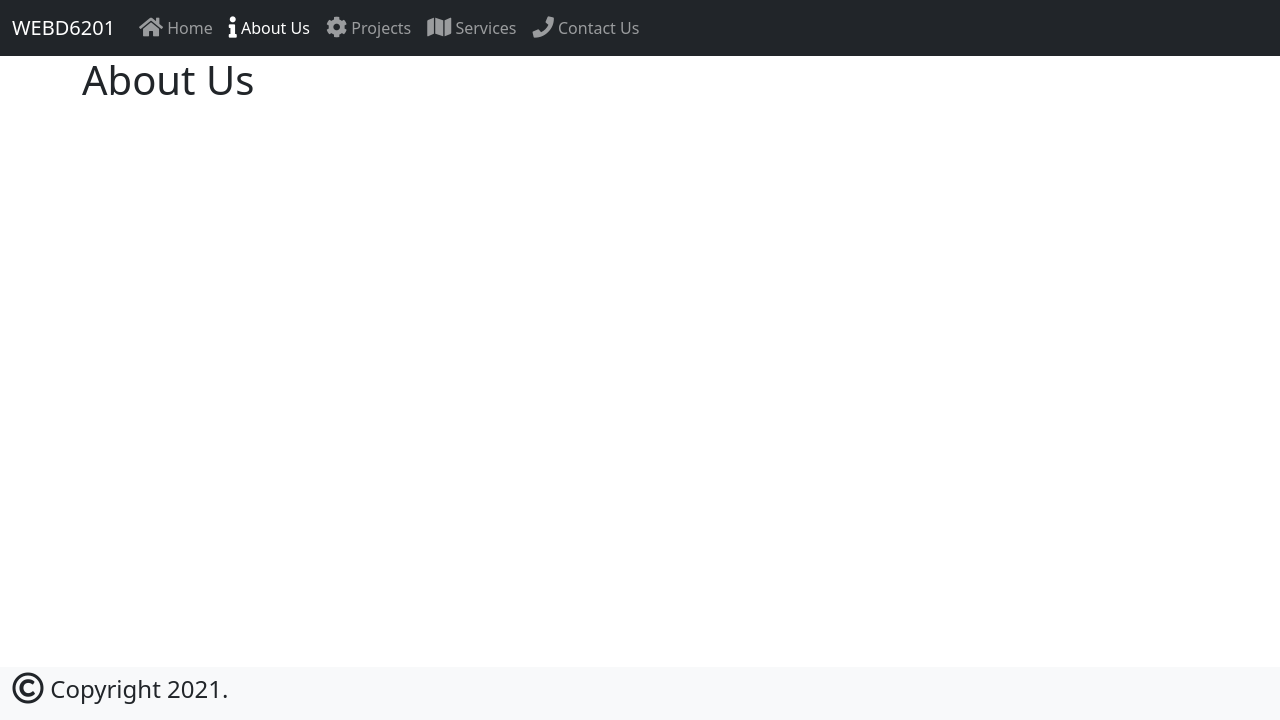
Repository: MuzhdaEhsan/WEBD6201-W2021-ICE4
Page: about.html
These files come from the project's save history. The page is drawn as it stood at one moment and after the next save; the edit follows.
The browser window is 1280 px wide. The pictures show the whole page.

Above is the page before, as saved 2021-02-11 13:17:23.

### about.html
<!DOCTYPE html>
<html lang="en">
<head>
    <meta charset="UTF-8">
    <meta name="viewport" content="width=device-width, initial-scale=1.0">
    <title>About</title>
    <!-- CSS Section -->
    <link rel="stylesheet" href="./node_modules/bootstrap/dist/css/bootstrap.min.css">
    <link rel="stylesheet" href="./node_modules/@fortawesome/fontawesome-free/css/all.min.css">
    <link rel="stylesheet" href="./Content/app.css">
</head>
<body>
    <!-- Main Header -->
    <header>
        <!-- Main Navigation -->
        <nav class="navbar navbar-expand-lg navbar-dark bg-dark">
            <div class="container-fluid">
              <a class="navbar-brand" href="index.html">WEBD6201</a>
              <button class="navbar-toggler" type="button" data-bs-toggle="collapse" data-bs-target="#navbarSupportedContent" aria-controls="navbarSupportedContent" aria-expanded="false" aria-label="Toggle navigation">
                <span class="navbar-toggler-icon"></span>
              </button>
              <div class="collapse navbar-collapse" id="navbarSupportedContent">
                <ul class="navbar-nav me-auto mb-2 mb-lg-0">
                  <li class="nav-item">
                    <a class="nav-link" aria-current="page" href="index.html"><i class="fas fa-home fa-lg"></i> Home</a>
                  </li>

                  <li class="nav-item">
                    <a class="nav-link active" aria-current="page" href="about.html"><i class="fas fa-info fa-lg"></i> About Us</a>
                  </li>

                  <li class="nav-item">
                    <a class="nav-link" aria-current="page" href="projects.html"><i class="fas fa-cog fa-lg"></i> Projects</a>
                  </li>

                  <li class="nav-item">
                    <a class="nav-link" aria-current="page" href="services.html"><i class="fas fa-map fa-lg"></i> Services</a>
                  </li>

                  <li class="nav-item">
                    <a class="nav-link" aria-current="page" href="contact.html"><i class="fas fa-phone fa-lg"></i> Contact Us</a>
                  </li>
                </ul>
              </div>
            </div>
          </nav>
    </header>

    <!-- Main Content -->
    <main class="container">
        <h1>About Us</h1>
    </main>

    <!-- Main Footer -->
    <footer>
        <nav class="navbar fixed-bottom navbar-light bg-light">
            <div class="container-fluid">
              <h4><i class="far fa-copyright fa-lg"></i> Copyright 2021.</h4>
            </div>
          </nav>
    </footer>

    <!-- Script Section-->
    <script src="./node_modules/jquery/dist/jquery.min.js"></script>
    <script src="./node_modules/bootstrap/dist/js/bootstrap.bundle.min.js"></script>

    <script src="./Scripts/namespace.js"></script>
    <script src="./Scripts/app.js"></script>
</body>
</html>

### Content/app.css
/* custom css goes here */

.input-group-addon:first-child
{
    border-right: 0;
}

.input-group-addon
{
    padding: 6px 12px;
    font-size: 14px;
    font-weight: 400;
    line-height: 1;
    text-align: center;
    border: 1px solid darkgrey;
    border-radius: 4xpx;
}

.input-group-addon .fa
{
    font-size: 18px;
}

.input-group .form-control
{
    position:relative;
    z-index: 2;
    float:left;
    margin-bottom: 0;
}

.input-group .form-control:last-child
{
    border-top-left-radius: 0;
    border-bottom-left-radius: 0;
}



.login
{
    padding: 2rem 1rem;
    margin-bottom: 2rem;
    background-color: lightgrey;
    border-radius: .3rem;
}

.login input
{
    background-color: white;
    border-color: darkgrey;
    border-radius: .4em;
    width: 100%;
}

### Scripts/namespace.js

// namespace core
let core;

### Scripts/app.js
/*
@author: Muzhda Ehsan
@date: 27-Jan-2021
*/

/* custom JavaScript goes here */

//IIFE - Immediately Invoked Function Expression
//AKA - Anonymous Self-Executing Function
//Closure - limits scope leak

"use strict";

((core) =>
{
    function displayHome()
    {
        let paragraphOneText =
          "This is a simple site to demonstrate DOM Manipulation for ICE 1";

        let paragraphOneElement = document.getElementById("paragraphOne");

        paragraphOneElement.textContent = paragraphOneText;
        paragraphOneElement.className = "fs-5";

        // Step 1. document.createElement
        let newParagraph = document.createElement("p");
        // Step 2. configure the element
        newParagraph.setAttribute("id", "paragraphTwo");
        newParagraph.textContent = "...And this is paragraph two";
        // Step 3. select the parent element
        let mainContent = document.getElementsByTagName("main")[0];
        // Step 4. Add / Insert the element
        mainContent.appendChild(newParagraph);

        newParagraph.className = "fs-6";

        // another way of injecting content
        let paragraphDiv = document.createElement("div");
        let paragraphThree = `<p id="paragraphThree" class="fs-7 fw-bold">And this is the Third Paragraph</p>`;
        paragraphDiv.innerHTML = paragraphThree;

        // insertions

        // example of inserting before a node
        //newParagraph.before(paragraphDiv);

        // example of inserting after a node
        newParagraph.after(paragraphDiv);

        // deletions

        // example of removing a single element
        //paragraphOneElement.remove();

        // example of removeChild
        mainContent.removeChild(paragraphOneElement);

        // update / modification
        //mainContent.firstElementChild.textContent = "Welcome Home!";

        mainContent.innerHTML = `<h1 id="firstHeading">Welcome to WEBD6201 - Lab 1</h1>
         <p id="paragraphOne" class="fs-3 fw-bold">This is my first Paragraph</p>
        `;

    }

    function displayAbout()
    {

    }

    function displayProjects()
    {

    }

    function displayServices()
    {

    }

    function testFullName()
    {
      let messageArea = $("#messageArea").hide();

      let fullNamePattern = /([A-Z][a-z]{1,25})+(\s|,|-)([A-Z][a-z]{1,25})+(\s|,|-)*/

        // form validation
        $("#fullName").on("blur", function()
        {



          if(!fullNamePattern.test($(this).val()))
          {
            $(this).trigger("focus").trigger("select");
            messageArea.show().addClass("alert alert-danger").text("Please enter an appropriate Name. This must include at least a capitalized firstname and lastname.");
          }
          else
          {
              messageArea.removeAttr("class").hide();
          }
        });
    }

    function testContactNumber()
    {
      let messageArea = $("#messageArea").hide();

      let contactNumberPattern = /^(\+\d{1,2}\s)?\(?\d{3}\)?[\s.-]?\d{3}[\s.-]?\d{4}$/;

        // form validation
        $("#contactNumber").on("blur", function()
        {



          if(!contactNumberPattern.test($(this).val()))
          {
            $(this).trigger("focus").trigger("select");
            messageArea.show().addClass("alert alert-danger").text("Please enter an appropriate contact number. Country code and area code are optional.");
          }
          else
          {
              messageArea.removeAttr("class").hide();
          }
        });
    }

    function testEmailAddress()
    {
      let messageArea = $("#messageArea").hide();

      let emailAddressPattern = /^([a-zA-Z0-9._%-]+@[a-zA-Z0-9.-]+\.[a-zA-Z]{2,6})*$/;

        // form validation
        $("#emailAddress").on("blur", function()
        {



          if(!emailAddressPattern.test($(this).val()))
          {
            $(this).trigger("focus").trigger("select");
            messageArea.show().addClass("alert alert-danger").text("Please enter an appropriate email address.");
          }
          else
          {
              messageArea.removeAttr("class").hide();
          }
        });
    }

    function displayContact()
    {

      FormValidation();
        $("#sendButton").on("click", (event)=>
        {
          if($("#subscribeCheckbox")[0].checked)
          {
            let contact = new core.Contact(fullName.value, contactNumber.value, emailAddress.value);

            if(contact.serialize())
            {
              let key = contact.FullName.substring(0, 1) + Date.now();

              localStorage.setItem(key, contact.serialize());
            }
          }
        });
    }

    function displayContactList()
    {
      if (localStorage.length > 0)
      {
        let contactList = document.getElementById("contactList");

        let data = "";

        let keys = Object.keys(localStorage);

        let index = 1;

        for (const key of keys)
        {
          let contactData = localStorage.getItem(key);

          let contact = new core.Contact();
          contact.deserialize(contactData);

          data += `<tr>
          <th scope="row" class="text-center">${index}</th>
          <td>${contact.FullName}</td>
          <td>${contact.ContactNumber}</td>
          <td>${contact.EmailAddress}</td>
          <td class="text-center"><button value="${key}" class="btn btn-primary btn-sm edit"><i class="fas fa-edit fa-sm"></i> Edit</button></td>
          <td class="text-center"><button value="${key}" class="btn btn-danger btn-sm delete"><i class="fas fa-trash-alt fa-sm"></i> Delete</button></td>
          </tr>`;

          index++;
        }

        contactList.innerHTML = data;

        $("button.edit").on("click", function(){
          location.href = "edit.html#" + $(this).val();
         });

         $("button.delete").on("click", function(){
           if(confirm("Are you sure?"))
           {
            localStorage.removeItem($(this).val());
           }
           location.href = "contact-list.html"; // refresh the page
         });

         $("#addButton").on("click", function()
         {
          location.href = "edit.html";
         });
      }
    }

    function displayEdit()
    {
      let key = location.hash.substring(1);

      console.log(key);

      let contact = new core.Contact();

      // check to ensure that the key is not empty
      if(key != "")
      {
        // get contact info from localStorage
        contact.deserialize(localStorage.getItem(key));

        // display contact information in the form
        $("#fullName").val(contact.FullName);
        $("#contactNumber").val(contact.ContactNumber);
        $("#emailAddress").val(contact.EmailAddress);
      }
      else
      {
        // modify the page so that it shows "Add Contact" in the header
        $("main>h1").text("Add Contact");
        // modify edit button so that it shows "Add" as well as the appropriate icon
        $("#editButton").html(`<i class="fas fa-plus-circle fa-lg"></i> Add`);
      }

      // Form Validation
      FormValidation();

      $("#editButton").on("click", function()
      {

        // form validation through javascript
        if(document.forms[0].checkValidity())
        {
          if(key == "")
          {
            // create a new key
            key = contact.FullName.substring(0, 1) + Date.now();
          }

          // copy contact info from form to contact object
          contact.FullName = $("#fullName").val();
          contact.ContactNumber = $("#contactNumber").val();
          contact.EmailAddress = $("#emailAddress").val();

          // add the contact info to localStorage
          localStorage.setItem(key, contact.serialize());

          // return to the contact list
          //location.href = "contact-list.html";
        }


        /*
        // check to see if key is empty
        if(key == "")
        {
          // create a new key
          key = contact.FullName.substring(0, 1) + Date.now();
        }

        // copy contact info from form to contact object
        contact.FullName = $("#fullName").val();
        contact.ContactNumber = $("#contactNumber").val();
        contact.EmailAddress = $("#emailAddress").val();

        // add the contact info to localStorage
        localStorage.setItem(key, contact.serialize());

        // return to the contact list
        location.href = "contact-list.html";
        */
      });

      $("#cancelButton").on("click", function()
      {
        // return to the contact list
        location.href = "contact-list.html";
      });
    }

    function DisplayLogin()
    {

    }
    function DisplayRegister()
    {

    }

    function Start()
    {
        console.log("App Started...");

        switch (document.title)
        {
          case "Home":
              displayHome();
            break;
          case "About":
              displayAbout();
            break;
          case "Projects":
              displayProjects();
            break;
          case "Services":
              displayServices();
            break;
          case "Contact":
              displayContact();
            break;
          case "Contact-List":
            displayContactList();
            break;
          case "Edit":
            displayEdit();
            break;
          case "Login":
            displayLogin();
          break;
          case "Register":
            displayRegister();
          break;
        }

    }

    function FormValidation()
    {
      testFullName();
      testContactNumber();
      testEmailAddress();
    }

    window.addEventListener("load", Start);

    core.Start = Start;

})(core || (core={}));

Loaded but not shown: node_modules/bootstrap/dist/css/bootstrap.min.css (library); node_modules/@fortawesome/fontawesome-free/css/all.min.css (library); node_modules/jquery/dist/jquery.min.js (library); node_modules/bootstrap/dist/js/bootstrap.bundle.min.js (library)

After the next save:
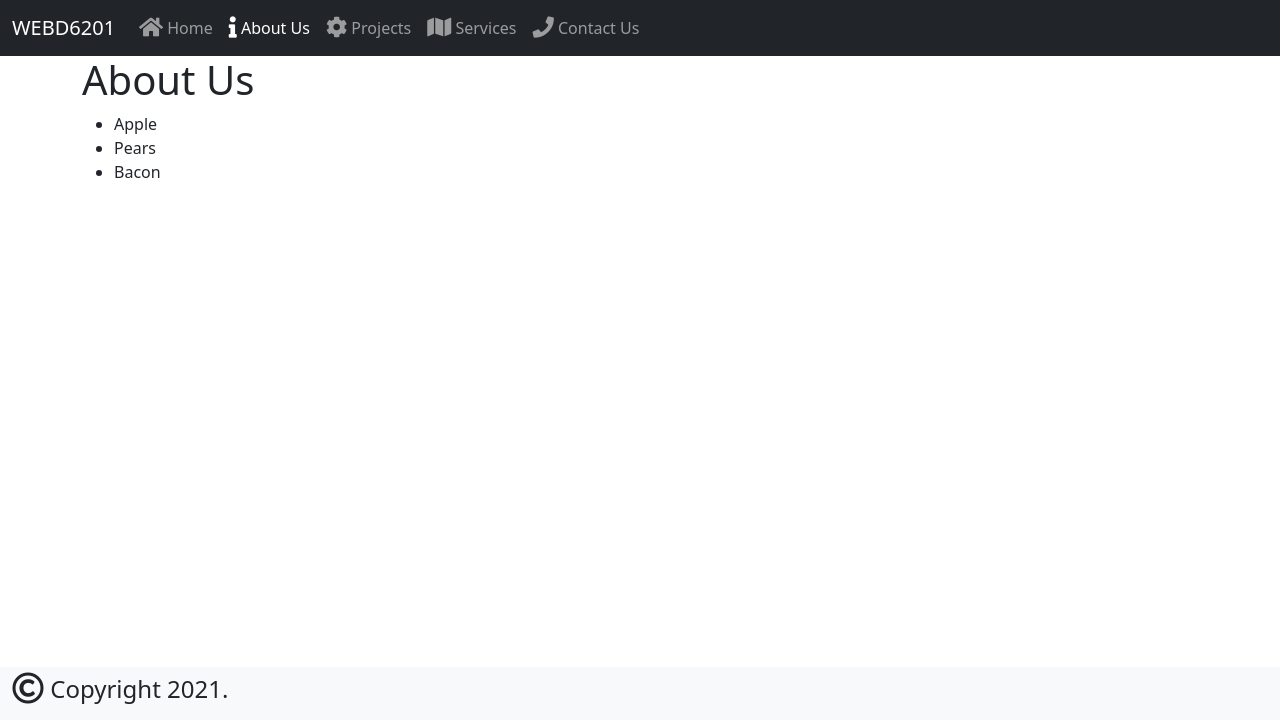
Saved 5 days later.
--- a/about.html
+++ b/about.html
@@ -49,6 +49,12 @@
     <!-- Main Content -->
     <main class="container">
         <h1>About Us</h1>
+
+        <ul>
+          <li>Apple</li>
+          <li>Pears</li>
+          <li>Bacon</li>
+        </ul>
     </main>
 
     <!-- Main Footer -->
